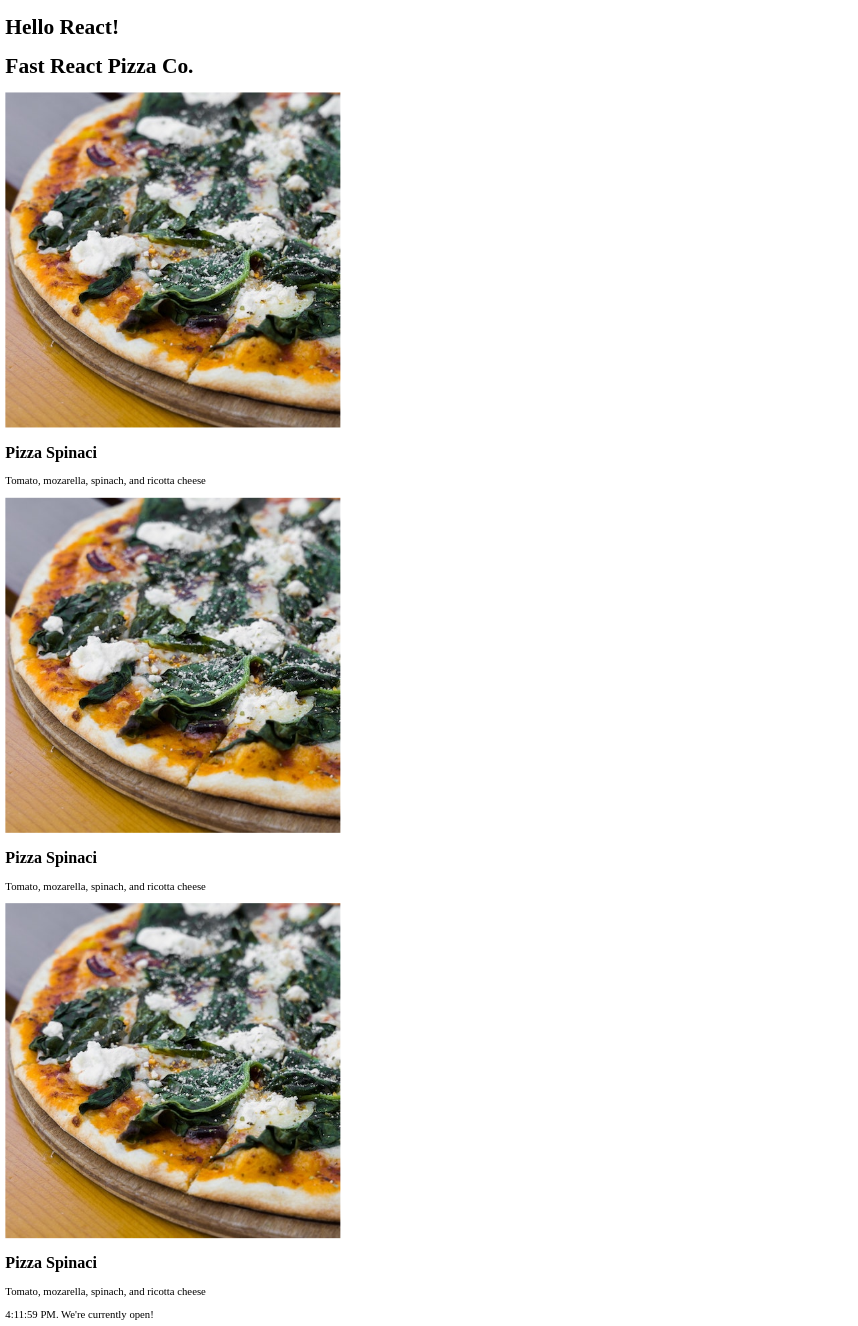
Repository: Alphosmart/03_pizza-menu
Page: /
An editor plug-in stored every save of this project. The page is shown before and after the next save, followed by the edit.
The browser window is 1280 px wide. The pictures show the whole page, at 67% of full size.
The project was rebuilt for these pictures with package versions that can differ from the ones it lists, and the page was loaded fresh each time.

Above is the page before, as saved 2024-05-26 17:31:23.

After the next save:
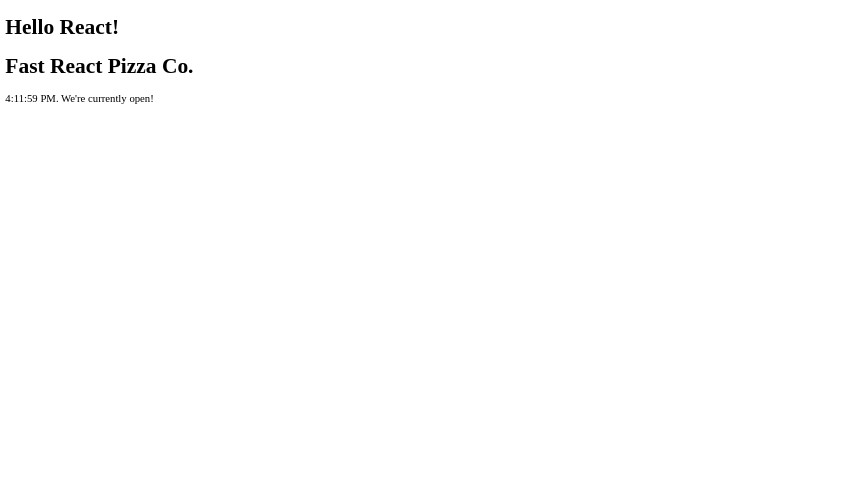
Saved 15 s later.
--- a/src/index.js
+++ b/src/index.js
@@ -51,9 +51,7 @@ function App() {
     <div>
       <h1>Hello React!</h1>
       <Header />
-      <Pizza />
-      <Pizza />
-      <Pizza />
+
       <Footer />
     </div>
   );
